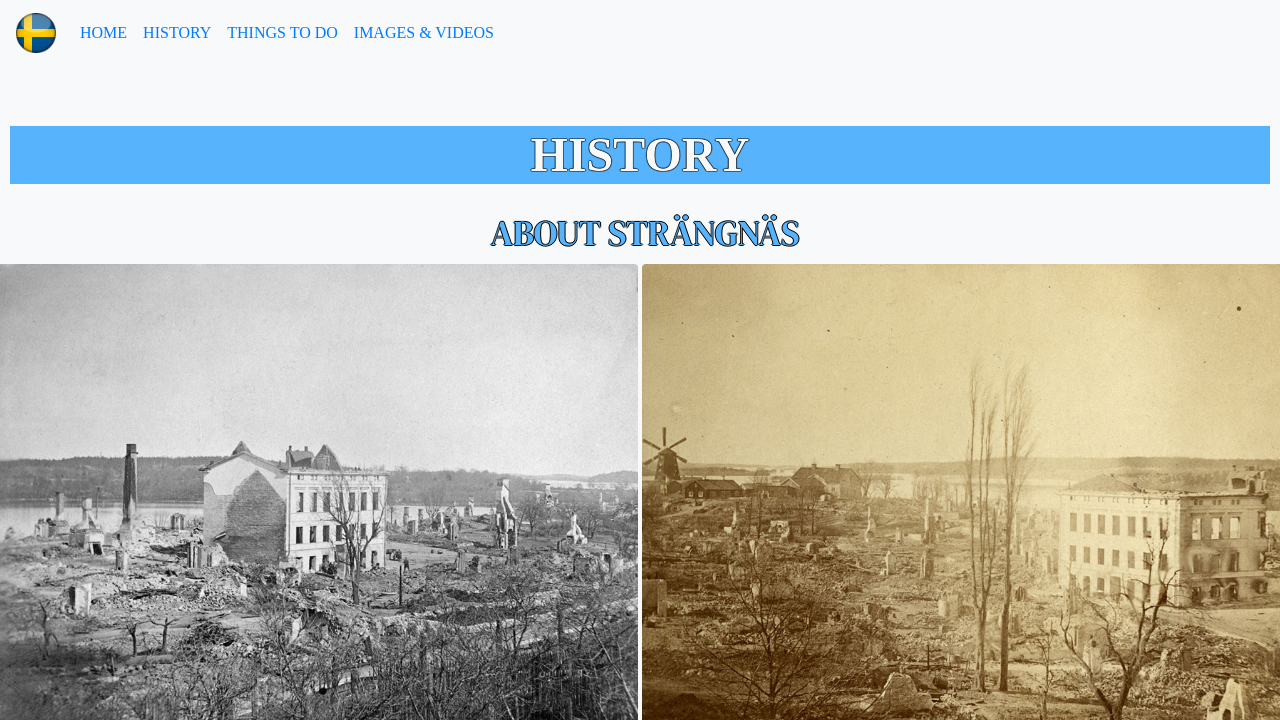
Repository: kososwede/first-project
Page: history.html
The author's editor kept a record of every edit. The page is drawn from the files as they stood at one moment, then again after the next edit.
The browser window is 1280 px wide. The pictures show the whole page.
An inner scrolling area shows only its first screen. Some web fonts or font styles are not loaded; a fallback is used.

Above is the page before.

### history.html
<!DOCTYPE html>
<html lang="en">

<head>
  <meta charset="UTF-8">
  <meta name="viewport" content="width=device-width, initial-scale=1.0">
  <meta http-equiv="X-UA-Compatible" content="ie=edge">
  <link rel="stylesheet" href="https://stackpath.bootstrapcdn.com/bootstrap/4.3.1/css/bootstrap.min.css" integrity="sha384-ggOyR0iXCbMQv3Xipma34MD+dH/1fQ784/j6cY/iJTQUOhcWr7x9JvoRxT2MZw1T" crossorigin="anonymous">
  <link rel="stylesheet" href="https://stackpath.bootstrapcdn.com/font-awesome/4.7.0/css/font-awesome.min.css" type="text/css" />
  <link rel="stylesheet" href="https://cdnjs.cloudflare.com/ajax/libs/ionicons/2.0.1/css/ionicons.min.css">
  <link rel="stylesheet" href="https://cdnjs.cloudflare.com/ajax/libs/hover.css/2.3.1/css/hover-min.css" integrity="sha256-c+C87jupO1otD1I5uyxV68WmSLCqtIoNlcHLXtzLCT0=" crossorigin="anonymous" />
  <link rel="stylesheet" href="assets/css/style.css" type="text/css" />
  <title>Welcome To Strängnäs</title>
  <title>Document</title>
</head>

<body>

  <!----------------------header-------------------------->

  <!----------nav------->

  <nav class="navbar navbar-expand-lg navbar-light bg-light">
    <a class="navbar-brand" href="index.html"><img class="image-size" src="assets/images/sweden-flag-png-1.png"></img></a>
    <button class="navbar-toggler" type="button" data-toggle="collapse" data-target="#navbarNavAltMarkup" aria-controls="navbarNavAltMarkup" aria-expanded="false" aria-label="Toggle navigation">
    <span class="navbar-toggler-icon"></span>
  </button>
    <div class="collapse navbar-collapse" id="navbarNavAltMarkup">
      <div class="navbar-nav">
        <a class="nav-item nav-link text-primary" href="index.html">HOME<span class="sr-only">(current)</span></a>
        <a class="nav-item nav-link text-primary" href="history.html">HISTORY</a>
        <a class="nav-item nav-link text-primary" href="places.html">THINGS TO DO</a>
        <a class="nav-item nav-link text-primary" href="images+videos.html">IMAGES & VIDEOS</a>
      </div>
    </div>
  </nav>



  <!---------------main------------------------------------>
  <div id="container">
    <h1 class="to-do">HISTORY</h1>
    <h2 class="to-do-sub-head1">ABOUT STRÄNGNÄS</h2>
    <div class="row">
      <div class="col-6">
        <img src="assets/images/history pic1.jpg" class="rounded float-center img-fluid"></img>
      </div>
      <div class="col-6">
        <img src="assets/images/history3.jpg" class="rounded float-center img-fluid"></img>
      </div>
      <div class="col-12">
        <p>The city's name is first encountered in 1120, in reference to the Diocese. The name Strängnäs is derived from the fact that the city is located near a strait and on several hills, especially on two major ones, the "Mill Hill" and the "Cathedral Hill". In Old Norse strengr indicates a "narrow channel of water" and nes refers to an "isthmus", "narrow peninsula", or " headland", a very common toponymic in Scandinavia. Strängnäs was the native city of prominent reformer Laurentius Andreae and the home city of both Andreae and Olaus Petri. It became a regional centre of education and scholarship, and in 1626 the Thomas Gymnasium was established by King Gustavus
          Adolphus, and is today Sweden's second oldest operating gymnasium.
     The urban and economic development of Strängnäs seems to have slowed after the Reformation, only flourishing temporarily with the arrival of energetic bishops. The city was slow to engage with the 19th century industrial development and investment found in other areas. A significant fire in 1871 led to large-scale reconstruction of the city, from which time its current appearance stems.
        </p>
        <div class="col-12">
        <img src="assets/images/history pic2.jpg" class="rounded float-center img-fluid"></img>
      </div>

      </div>
    </div>
    <hr>
  </div>


  <!----------------------footer------------------------>
  <div class="footer-basic">
    <footer>
      <div class="social"><a href="#"><i class="icon ion-social-instagram"></i></a><a href="#"><i class="icon ion-social-snapchat"></i></a><a href="#"><i class="icon ion-social-twitter"></i></a><a href="#"><i class="icon ion-social-facebook"></i></a></div>
      <h2>For more information about Strängnäs and the surrounding area search for "Södermanland" in the social media links above or enter your Email below to receive up to date offers and discounts on activities and restaurants in the whole of Södermanland.</h3>
        <form class="form-inline justify-content-center">
          <div class="form-group">
            <input type="email" class="form-control" id="email" aria-describedby="emailHelp" placeholder="Enter email">
            <button type="submit" class="btn btn-primary">Submit</button>
          </div>
        </form>

    </footer>
    <p class="copyright">Chris McIlgrew © 2019</p>

  </div>





  <script src="https://code.jquery.com/jquery-3.3.1.slim.min.js" integrity="sha384-q8i/X+965DzO0rT7abK41JStQIAqVgRVzpbzo5smXKp4YfRvH+8abtTE1Pi6jizo" crossorigin="anonymous"></script>
  <script src="https://cdnjs.cloudflare.com/ajax/libs/popper.js/1.14.7/umd/popper.min.js" integrity="sha384-UO2eT0CpHqdSJQ6hJty5KVphtPhzWj9WO1clHTMGa3JDZwrnQq4sF86dIHNDz0W1" crossorigin="anonymous"></script>
  <script src="https://stackpath.bootstrapcdn.com/bootstrap/4.3.1/js/bootstrap.min.js" integrity="sha384-JjSmVgyd0p3pXB1rRibZUAYoIIy6OrQ6VrjIEaFf/nJGzIxFDsf4x0xIM+B07jRM" crossorigin="anonymous"></script>
</body>

</html>

### assets/css/style.css
@import url('https://fonts.googleapis.com/css?family=Sniglet&display=swap');
@import url('https://fonts.googleapis.com/css?family=Courgette&display=swap');
@import url('https://fonts.googleapis.com/css?family=DM+Serif+Display&display=swap');
body,
html {
    width: 100%;
    height: 100%;
    overflow-x: hidden;
}

body {
    font-family: 'Source Sans Pro';

}
 navbar {
     margin-right: 10px;
 }


.image-size {
    height: 40px;
}


.masthead {
    min-height: 30rem;
    position: relative;
    display: table;
    width: 100%;
    height: 100%;
    padding-top: 0rem;
    padding-bottom: 0rem;
    background: -webkit-gradient(linear, left top, right top, from(rgba(255, 255, 255, 0.1)), to(rgba(255, 255, 255, 0.1))), url("../images/viewofstrangnas.jpg");
    background: linear-gradient(90deg, rgba(255, 255, 255, 0.1) 0%, rgba(255, 255, 255, 0.1) 100%), url("../images/viewofstrangnas.jpg");
    background-image: url(../images/viewofstrangnas.jpg);
    background-position: center center;
    background-repeat: no-repeat;
    background-size: cover;

}

h1 {
    font-weight: bolder;
    color: #dece0e;
    text-shadow: #000 0px 0px 1px, #000 0px 0px 1px, #000 0px 0px 1px,
    #000 0px 0px 1px, #000 0px 0px 1px, #000 0px 0px 1px;
    font-size: 3rem;

}

h3 {
    color: #fff;
    text-shadow: #000 0px 0px 1px, #000 0px 0px 1px, #000 0px 0px 1px,
    #000 0px 0px 1px, #000 0px 0px 1px, #000 0px 0px 1px;
}



/*-------------------------------------places-------------------------*/

.to-do {
    color: #f8f9fa;
    background-color: #56b3fc;
    text-align: center;
    margin-top: 50px;

}

.to-do-sub-head1 {
    font-family: 'DM Serif Display', serif;
    padding-left: 10px;
    padding-top: 20px;
    font-size: 35px;
    color: #56b3fc ;
     text-shadow: -1px 0 black, 0 1px black, 1px 0 black, 0 -1px black;
}





#container {
    padding: 10px;
    margin-left: 0px;
    margin-right: 0px;
    display: inline-block;
    text-align: center;
    background-color: #f8f9fa;
}

.img.fluid {
    width: 100%;
    height: auto;
}



.col-6 {
    padding: 2px;
    text-align: center;
}


p {
    font-weight: bold;
    padding-top: 15px;
}

hr {
    width: 50%;
}

/*-----------------------------------------footer--*/

.footer-basic {
    padding: 0px 0;
    background-color: #f8f9fa;
    color: #4b4c4d;
}

.footer-basic ul {
    padding-left: 50px;
    padding-right: 50px;
    list-style: none;
    text-align: center;
    font-size: 18px;
    line-height: 1.6;
    margin-bottom: 0;
}

.footer-basic li {
    padding: 0 10px;
}

.footer-basic ul a {
    color: inherit;
    text-decoration: none;
    opacity: 0.8;
}

.footer-basic ul a:hover {
    opacity: 1;
}

.footer-basic .social {
    text-align: center;
    padding-bottom: 25px;
    padding-top: 25px;
}

.footer-basic .social>a {
    font-size: 24px;
    width: 40px;
    height: 40px;
    line-height: 40px;
    display: inline-block;
    text-align: center;
    border-radius: 50%;
    border: 1px solid #ccc;
    margin: 0 8px;
    color: inherit;
    opacity: 0.75;

}

.footer-basic .social>a:hover {
    opacity: 0.9;
}

.footer-basic .copyright {
    margin-top: 15px;
    text-align: center;
    font-size: 13px;
    color: #aaa;
    margin-bottom: 0;
    padding-bottom: 15px;
}

.footer-basic h2 {
    font-size: 25px;
    font-style: italic;
    margin-left: 50px;
    margin-right: 50px;
    text-align: center;
}

btn {
    margin-top: 0;
}

/*-----------------------------history---*/

.col-lg-6 {
padding: 0;
margin: 0;
}

.content-section {
 padding-top: 0px;
 padding-right: 0;
 background-color: royalblue;


}

.history-color {
 color: #fff;
 text-decoration: underline yellow;
 }

  .col-lg-4 {
  width: 100%;
 }

After the next edit:
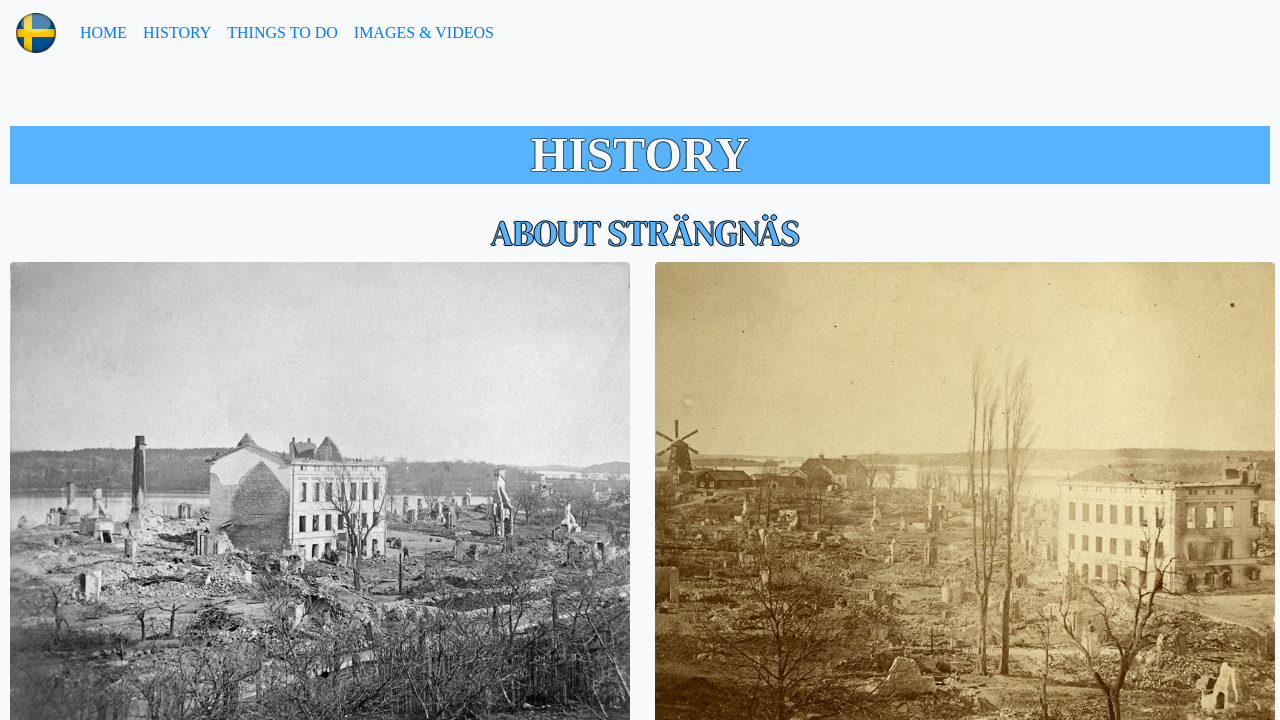
The edit:
--- a/assets/css/style.css
+++ b/assets/css/style.css
@@ -96,8 +96,9 @@
 
 
 .col-6 {
-    padding: 2px;
-    text-align: center;
+    padding-right: 10px;
+    text-align: center;
+
 }
 
 
